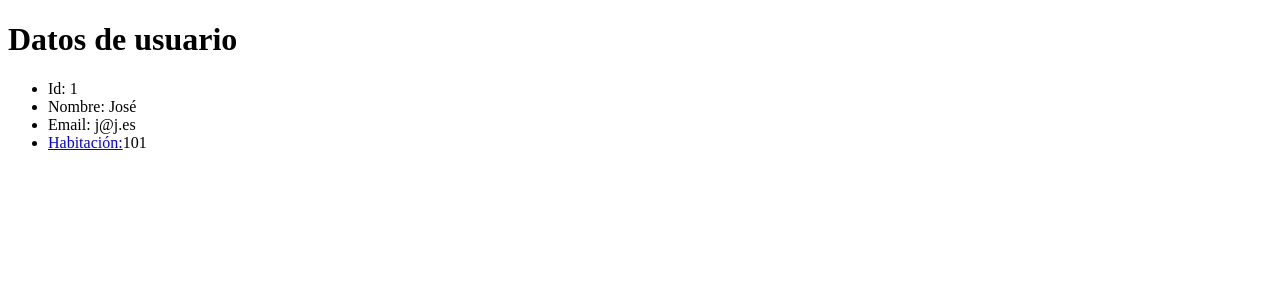
Repository: anagut/java-web
Page: http://localhost/HelloHabitacion/usuario
These files come from the project's save history. The page is drawn as it stood at one moment and after the next save; the edit follows.
The browser window is 1280 px wide. The pictures show the whole page.
The page is served by Tomcat 9. Other server files are loaded and not shown.

Above is the page before, as saved 2018-11-13 08:52:38.

### HelloHabitacion/WebContent/usuario.jsp
<%@page import="com.ana.models.Usuario"%>
<%@ page language="java" contentType="text/html; charset=UTF-8"
    pageEncoding="UTF-8"%>


<!DOCTYPE html>
<html>
<head>
<meta charset="UTF-8">
<title>Insert title here</title>
</head>
<body>
	<h1>Datos de usuario</h1>
	<ul>
	<li>Id: ${requestScope.elUsuario.id} </li>
	<li>Nombre: ${requestScope.elUsuario.name} </li>
	<li>Email: ${requestScope.elUsuario.email}</li>
	<li><a href="./habitacion">Habitación:</a>${requestScope.elUsuario.hid}</li>
	</ul>

</body>
</html>

### HelloHabitacion/src/com/ana/controllers/UsuarioServlet.java
package com.ana.controllers;

import java.io.IOException;
import javax.servlet.ServletException;
import javax.servlet.annotation.WebServlet;
import javax.servlet.http.HttpServlet;
import javax.servlet.http.HttpServletRequest;
import javax.servlet.http.HttpServletResponse;

import com.ana.models.Usuario;

/**
 * Servlet implementation class Usuario
 */
@WebServlet("/usuario")
public class UsuarioServlet extends HttpServlet {
	private static final long serialVersionUID = 1L;

    /**
     * @see HttpServlet#HttpServlet()
     */
    public UsuarioServlet() {
        super();
        // TODO Auto-generated constructor stub
    }

	/**
	 * @see HttpServlet#doGet(HttpServletRequest request, HttpServletResponse response)
	 */
	protected void doGet(HttpServletRequest request, HttpServletResponse response) throws ServletException, IOException {

	Usuario pepe = new Usuario (1, "José", "j@j.es", 101);

	//response.getWriter().append("Nombre de usuario: "+ pepe.name);

	request.setAttribute("elUsuario", pepe);

	request.getRequestDispatcher("./usuario.jsp").forward(request, response);


	}

	/**
	 * @see HttpServlet#doPost(HttpServletRequest request, HttpServletResponse response)
	 */
	protected void doPost(HttpServletRequest request, HttpServletResponse response) throws ServletException, IOException {
		// TODO Auto-generated method stub
		doGet(request, response);
	}

}

### HelloHabitacion/src/com/ana/models/Usuario.java
package com.ana.models;

public class Usuario {
	private int id;
	private String name;
	private String email;
	private int hid;


	public Usuario(int id, String name, String email, int hid) {
		super();
		this.id = id;
		this.name = name;
		this.email = email;
		this.hid = hid;
	}

	public int getId() {
		return id;
	}

	public void setId(int id) {
		this.id = id;
	}

	public String getName() {
		return name;
	}

	public void setName(String name) {
		this.name = name;
	}

	public String getEmail() {
		return email;
	}

	public void setEmail(String email) {
		this.email = email;
	}

	public int getHid() {
		return hid;
	}

	public void setHid(int hid) {
		this.hid = hid;
	}




}

After the next save:
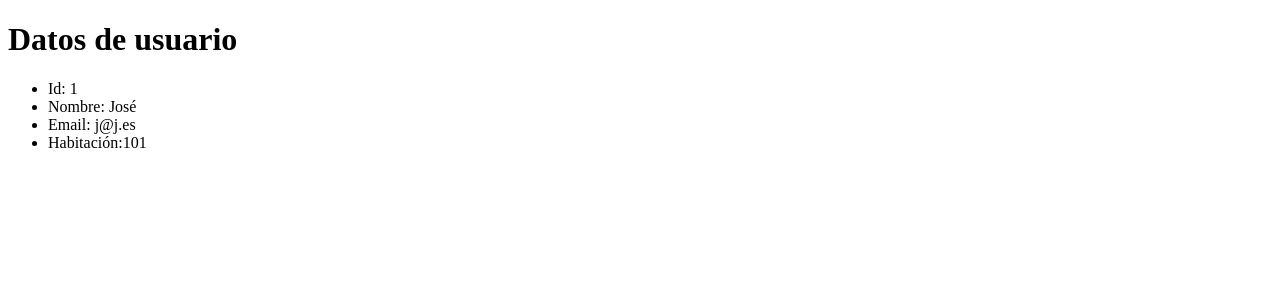
Saved 5 s later.
--- a/HelloHabitacion/WebContent/usuario.jsp
+++ b/HelloHabitacion/WebContent/usuario.jsp
@@ -15,7 +15,7 @@
 	<li>Id: ${requestScope.elUsuario.id} </li>
 	<li>Nombre: ${requestScope.elUsuario.name} </li>
 	<li>Email: ${requestScope.elUsuario.email}</li>
-	<li><a href="./habitacion">Habitación:</a>${requestScope.elUsuario.hid}</li>
+	<li>Habitación:<a href="./habitacion"></a>${requestScope.elUsuario.hid}</li>
 	</ul>
 
 </body>
